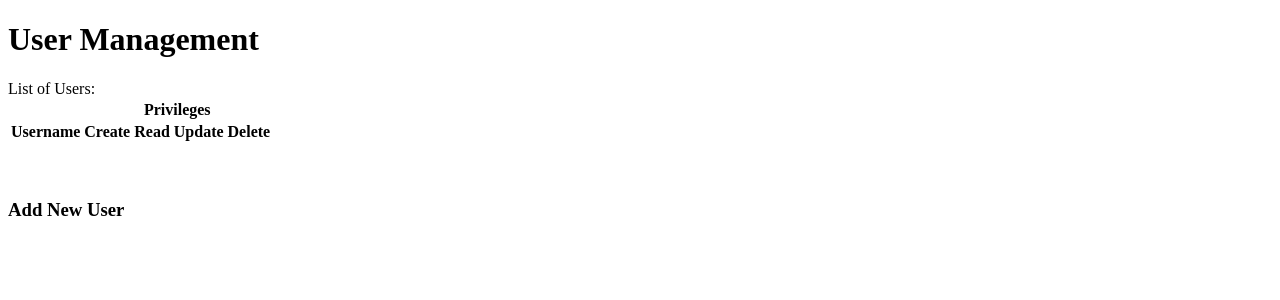
Repository: danalenvargas/TrainingWorkspace
Page: http://localhost/CaseStudyDraft/usermanagement.jsp
An editor plug-in stored every save of this project. The page is shown before and after the next save, followed by the edit.
The browser window is 1280 px wide. The pictures show the whole page.
The page is served by Tomcat 9.

Above is the page before, as saved 2018-08-27 00:27:27.

After the next save:
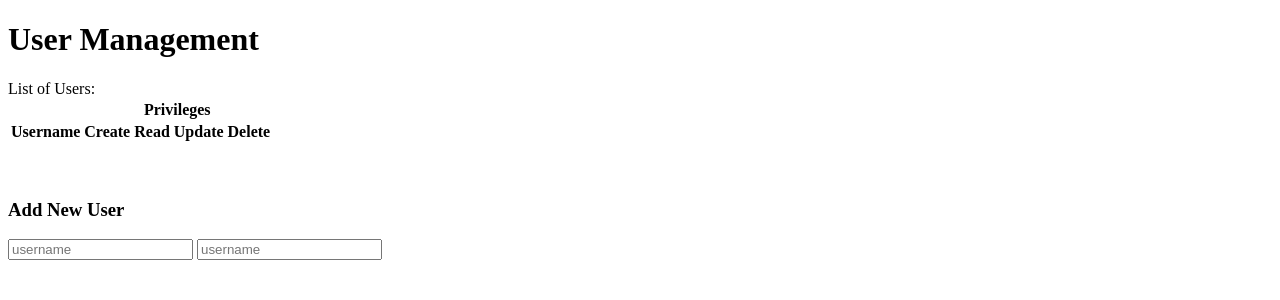
Saved 2 min 43 s later.
--- a/CaseStudyDraft/WebContent/usermanagement.jsp
+++ b/CaseStudyDraft/WebContent/usermanagement.jsp
@@ -34,7 +34,9 @@ List of Users: <br>
 </table>
 <br><br>
 <h3>Add New User</h3>
-<form action="'">
+<form action="UserManagement" method="post">
+	<input type="text" name="username" placeholder="username">
+	<input type="password" name="username" placeholder="username">
 
 </form>
 </body>
